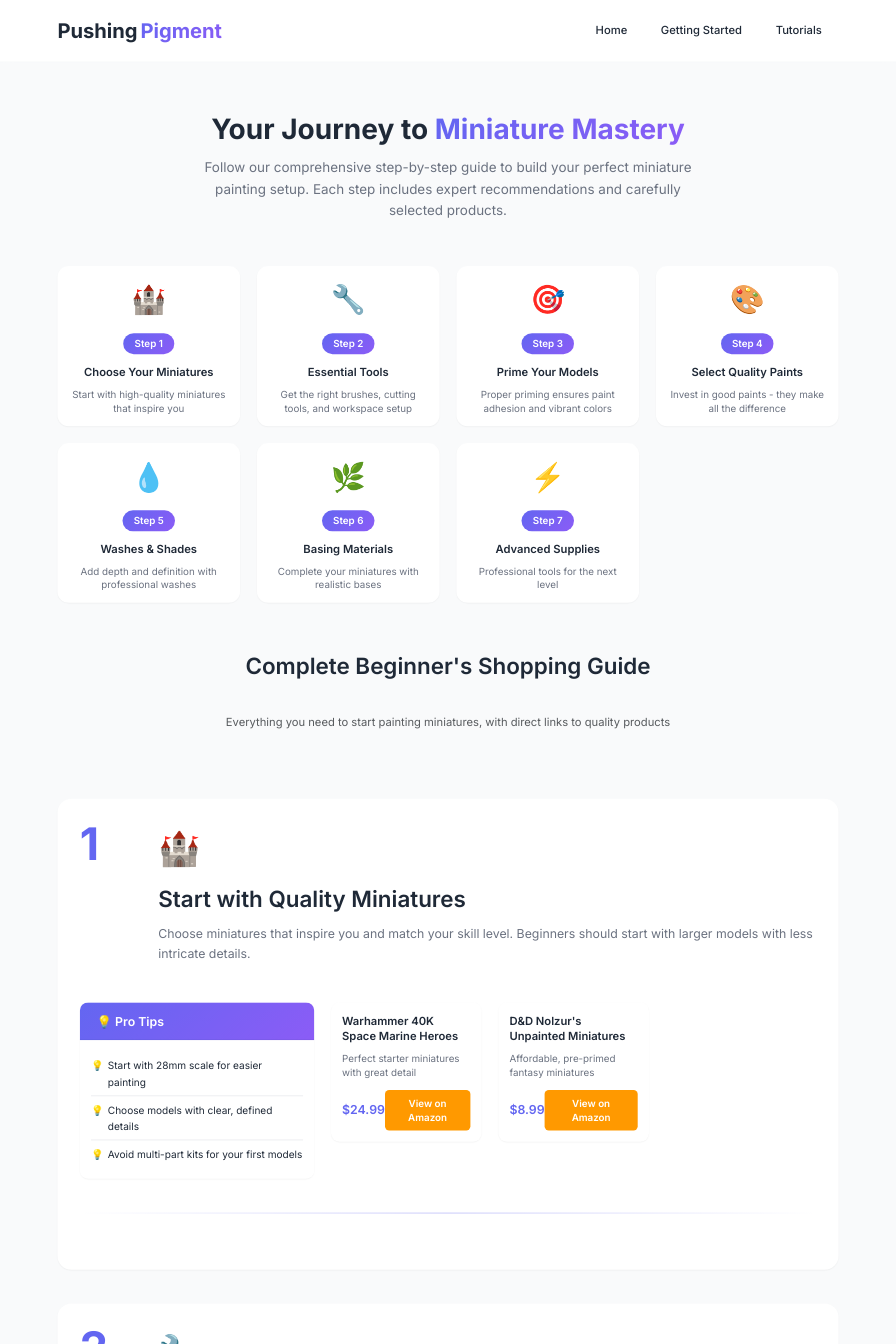
Repository: Aldentec/pushing-pigment-website
Page: /getting-started
An editor plug-in stored every save of this project. The page is shown before and after the next save, followed by the edit.
The browser window is 1280 px wide. The pictures show the part of the page from y = 0 to 1920 px (the page is 8406 px tall), at 70% of full size.
The project was rebuilt for these pictures with package versions that can differ from the ones it lists, and the page was loaded fresh each time. Also part of the build but not shown: src/components/Hero/Hero.css, src/components/Hero/Hero.jsx, src/pages/Home/Home.css, src/pages/Home/Home.jsx, src/data/tutorials.js, src/pages/Tutorials/Tutorials.jsx, src/pages/Products/Products.css, src/pages/Products/Products.jsx.

Above is the page before, as saved 2025-08-16 09:23:06.

After the next save:
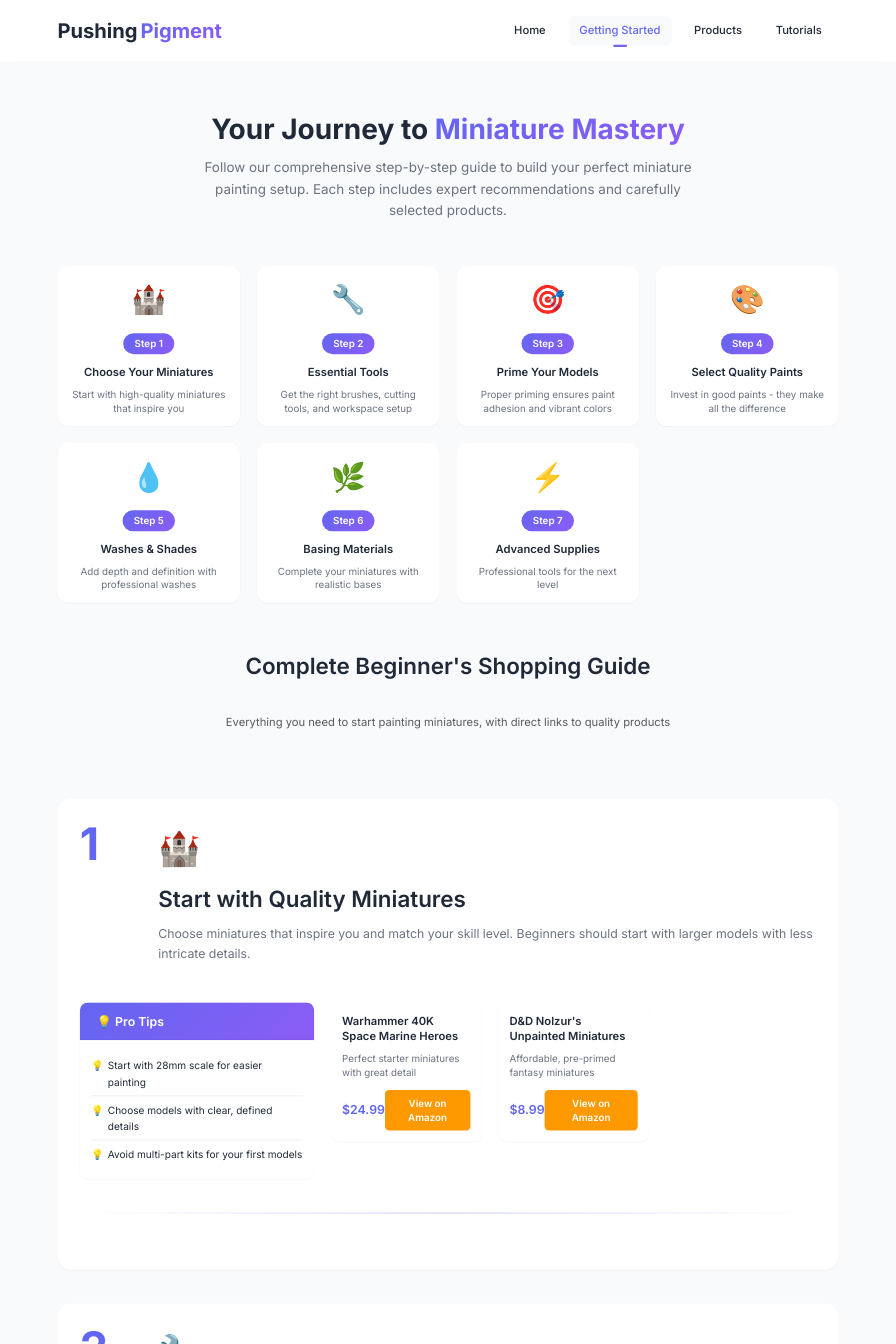
Saved 11 s later.
--- a/src/components/Navigation/Navigation.jsx
+++ b/src/components/Navigation/Navigation.jsx
@@ -42,10 +42,17 @@
             </Nav.Link>
             <Nav.Link
               as={Link}
+              to="/getting-started"
+              className={location.pathname === '/getting-started' ? 'active' : ''}
+            >
+              Getting Started
+            </Nav.Link>
+            <Nav.Link
+              as={Link}
               to="/products"
               className={location.pathname === '/products' ? 'active' : ''}
             >
-              Getting Started
+              Products
             </Nav.Link>
             <Nav.Link
               as={Link}
